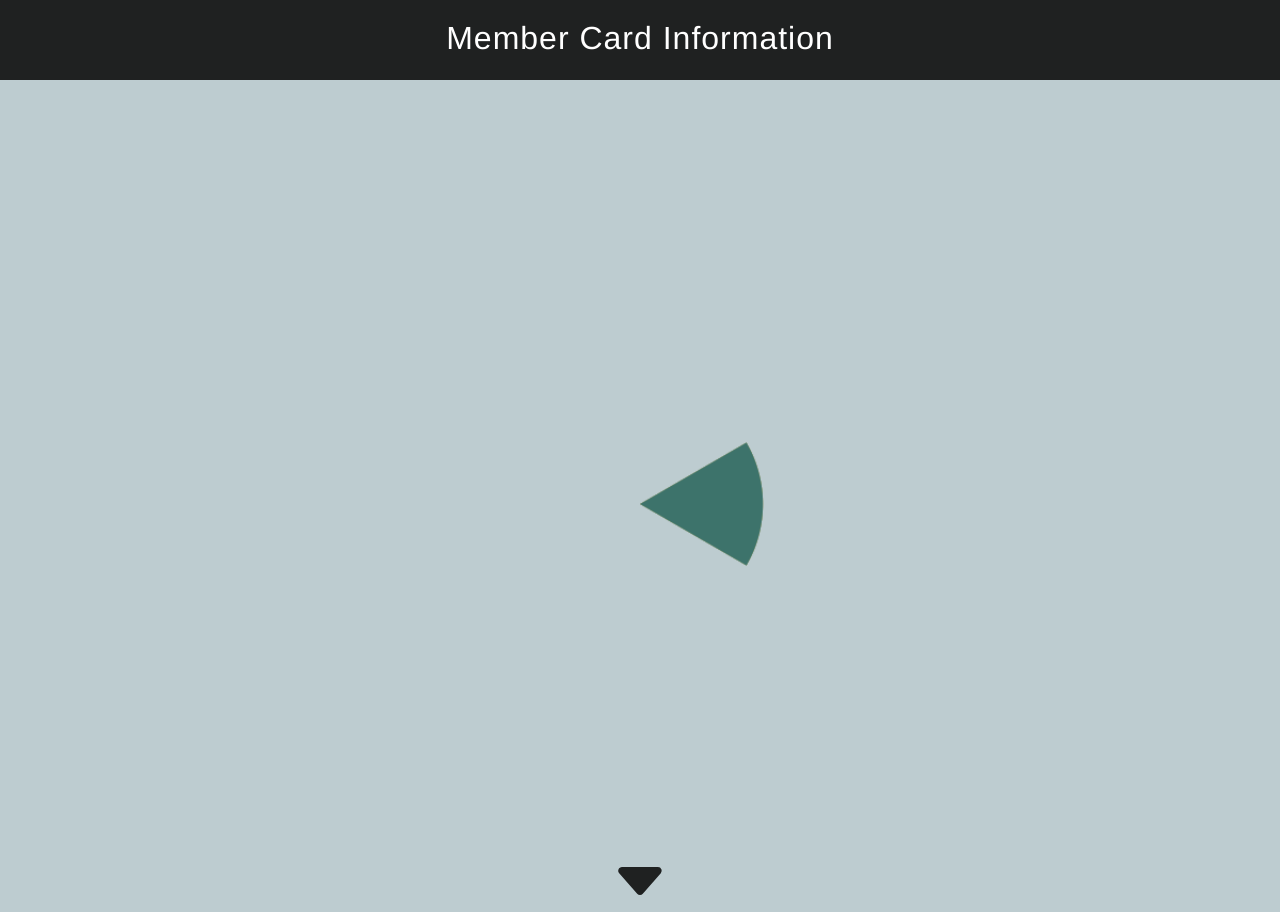
Repository: Leooook/lzhao-fed-test
Page: /
The author's editor kept a copy of each file at every save. The page is drawn from the files as they stood at one save, then again after the next save.
The browser window is 1280 px wide. The pictures show the whole page.
The page's requests for data from a server got no answer. The project was rebuilt for these pictures with package versions that can differ from the ones it lists, and the page was loaded fresh each time. No one was signed in, and anything a server would have sent is missing. Also part of the build but not shown: src/components/detail.jsx.

Above is the page before, as saved 2021-03-15 21:29:46.

### src/index.html
<!DOCTYPE html>
<html lang="en">
	<head>
		<meta charset="utf-8" />
		<meta http-equiv="X-UA-Compatible" content="IE=edge,chrome=1" />
		<title>Member Card Info</title>
		<meta name="description" content="" />
		<meta name="viewport" content="width=device-width, initial-scale=1.0, maximum-scale=1.0, user-scalable=no" />
	</head>
	<body>
		<div id="root" class="react-root"></div>
	</body>
</html>

### src/App.js
import React, {useState} from 'react';
import {BsCaretDownFill} from 'react-icons/bs'

import './App.css'
import Header from './components/header.jsx'
import Feature from './components/feature.jsx'

export default function App() {
  const [featureAmount, setFeatureAmount] = useState([1])

  const setFeature = () => {
    setFeatureAmount(featureAmount => {return [...featureAmount, 1]})
  }

	return (
    <div className='app'>
      <Header />
      {
        featureAmount.map((key) => <Feature key = {key}/>)
      }
      <BsCaretDownFill className='add-feature' onClick={() => setFeature()}/>
    </div>
  )
}

### src/App.css
* {
	margin: 0;
	padding: 0;
	box-sizing: border-box;
}
:root {
	--nav-black: rgba(14, 14, 14, 0.897);
	--white: #ffffff;
	--light-blue: rgb(189, 204, 208);
	--grey: rgb(145, 145, 145);
	--light-grey: rgb(209, 209, 209);
}
/* app */
.app {
	max-width: 100vw;
	min-height: 100vh;
	background-color: var(--light-blue);
}
.add-feature {
	color: var(--nav-black);
	width: 60px;
	height: 60px;
	margin: auto;
	display: block;
	cursor: pointer;
	animation: upAndDown 3s ease-in-out infinite;
}
.add-feature:active {
	transform: scale(1.1);
	transition: all 1s ease;
}
@keyframes upAndDown {
	0% {
		bottom: 5vh;
	}
	50% {
		bottom: 4vh;
	}
}
/* end of app */
/* header */
.header {
	background-color: var(--nav-black);
	height: 80px;
	padding: 20px;
	margin-bottom: 80px;
	font-size: 2rem;
	font-family: 'Franklin Gothic Medium', 'Arial Narrow', Arial, sans-serif;
	text-align: center;
	color: var(--white);
	letter-spacing: 1px;
}
@media screen and (max-width: 500px) {
	.header {
		margin-bottom: 30px;
		padding: 30px;
		font-size: 1.4rem;
	}
}
/* end of header */
/* loader */
.load {
	width: 100%;
}
.loadPic {
	width: 20%;
	margin: 30vh 40%;
}
/* end of loader */
/* feature */
.feature {
	margin-top: -65px;
	padding: 60px 8%;
	display: grid;
	grid-template-columns: repeat(auto-fill, minmax(450px, 1fr));
	grid-row-gap: 50px;
	grid-column-gap: 80px;
}
@media screen and (max-width: 500px) {
	.feature {
		padding: 30px 20px;
		display: initial;
	}
}
/* end of feature */
/* detail */
.detail {
	margin: auto;
	padding: 10px 20px;
	width: 450px;
	height: 240px;
	background: hsla(0, 0%, 100%, .3);
	border-radius: 6px;
	box-shadow: 0 6px 20px 6px rgba(0, 0, 0, 0.207);
	display: flex;
	align-items: center;
	cursor: pointer;
	transition: all linear 0.2s;
}
.detail:hover {
	transform: scale(1.05);
	box-shadow: 0 10px 30px 10px rgba(0, 0, 0, 0.207);
}
.left-section {
	width: calc(40% - 20px);
	margin-right: 10%;
}
.right-section {
	width: clac(50% - 20px);
}
.detail-pic {
	margin: 0 auto;
	height: 140px;
	width: 140px;
	border-radius: 50%;
	box-shadow: 0 0 10px 8px var(--light-grey);
}
.detail-info {
	margin-bottom: 10px;
}
.detail-name {
	font-family: 'Playfair Display', serif;
	font-weight: bold;
	font-size: 1.3rem;
}
.detail-name2 {
	font-weight: 100;
	font-size: 0.9rem;
	color: rgb(82, 82, 82);
	font-style: oblique;
}
.detail-sex-date {
	display: flex;
}
.detail-date {
	margin-right: 13px;
}
.detail-font {
	font-family: 'Source Sans Pro', sans-serif;
	font-size: 0.8rem;
}
@media screen and (max-width: 500px) {
	.detail {
		margin-bottom: 30px;
		width: 90vw;
		height: 50vw;
	}
	.detail-pic {
		height: 100px;
		width: 100px;
	}
	.detail-info {
		margin-bottom: 6px;
	}
	.detail-name {
		font-size: 1rem;
	}
	.detail-name2 {
		font-size: 0.8rem;
	}
	.detail-date {
		margin-right: 8px;
	}
	.detail-font {
		font-size: 0.75rem;
	}
}
/* end of detail */

### src/components/header.jsx
import React, { Component } from 'react'

class Header extends Component {
	render() {
		return <section className="header">Member Card Information</section>
	}
}

export default Header

### src/components/feature.jsx
import React, { Component } from 'react'

import Loader from './loader.jsx'
import Detail from './detail.jsx'

class Feature extends Component {
	state = {
		dataSet: [],
		dataAmount: 6
	}

	fetchData = () => {
		fetch('https://randomuser.me/api/', {
			method: 'GET'
		})
			.then((response) => response.json())
			.then((data) => {
				let dataSet = this.state.dataSet
				dataSet.push(data.results[0])
				this.setState({ dataSet })
			})
			.catch((error) => {
				console.error('Error:', error)
			})
	}

	componentDidMount() {
		for (let i = 0; i < this.state.dataAmount; i++) {
			this.fetchData()
		}
	}

	render() {
		if (this.state.dataSet.length === 0 || this.state.dataSet.length % 6 !== 0) {
			return <Loader />
		} else {
			return (
				<section className="feature">
					{this.state.dataSet.map((each, key) => <Detail key={key} data={each} />)}
				</section>
			)
		}
	}
}

export default Feature

### src/components/loader.jsx
import React from 'react'

import loadPic from '../images/load.gif'

function Loader() {
	return (
		<section className="load">
			<img src={loadPic} className="loadPic" alt="load" />
		</section>
	)
}

export default Loader

Loaded but not shown: src/index.js (common file)

After the next save:
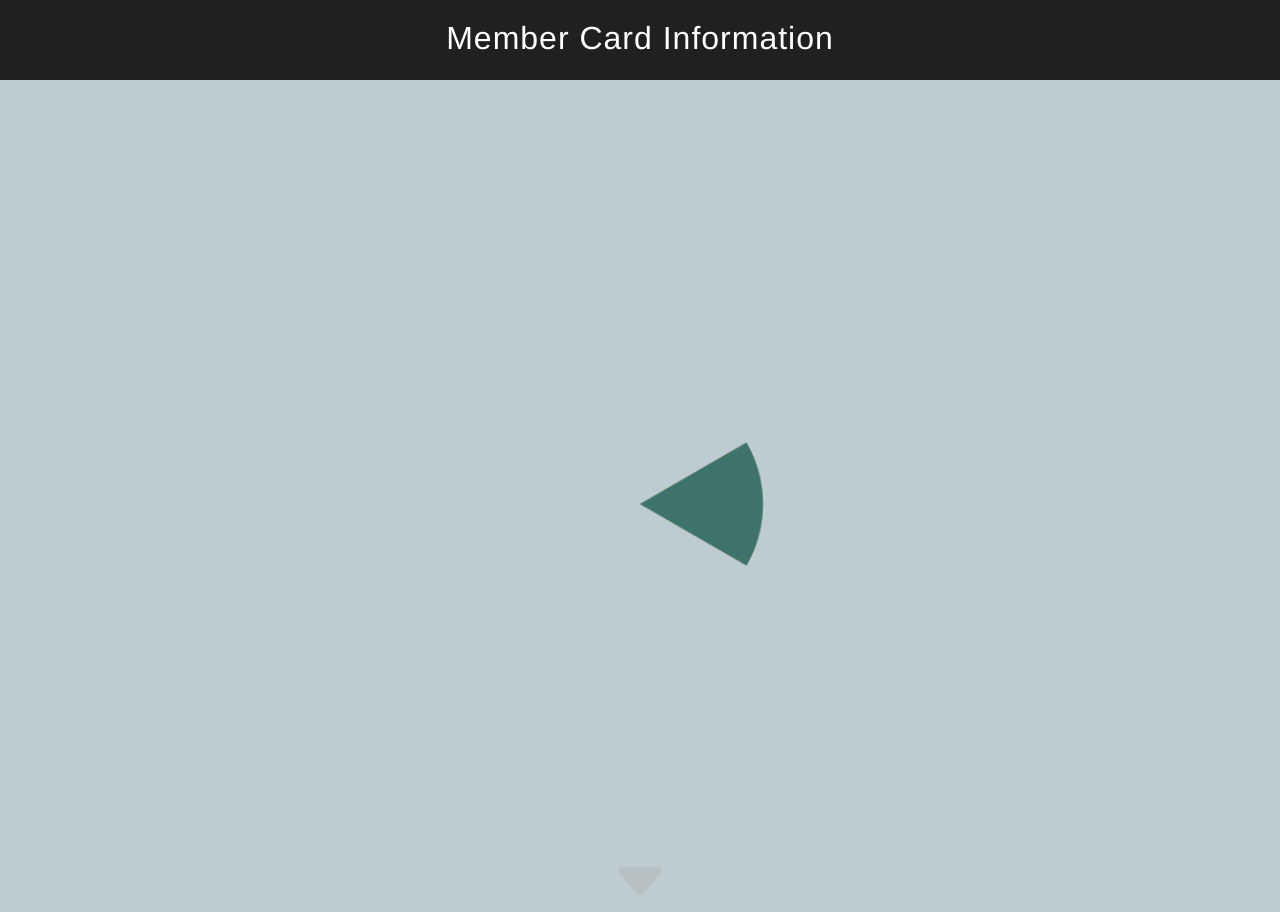
Saved 30 s later.
--- a/src/App.css
+++ b/src/App.css
@@ -17,7 +17,7 @@
 	background-color: var(--light-blue);
 }
 .add-feature {
-	color: var(--nav-black);
+	color: rgba(175, 175, 175, 0.418);
 	width: 60px;
 	height: 60px;
 	margin: auto;
